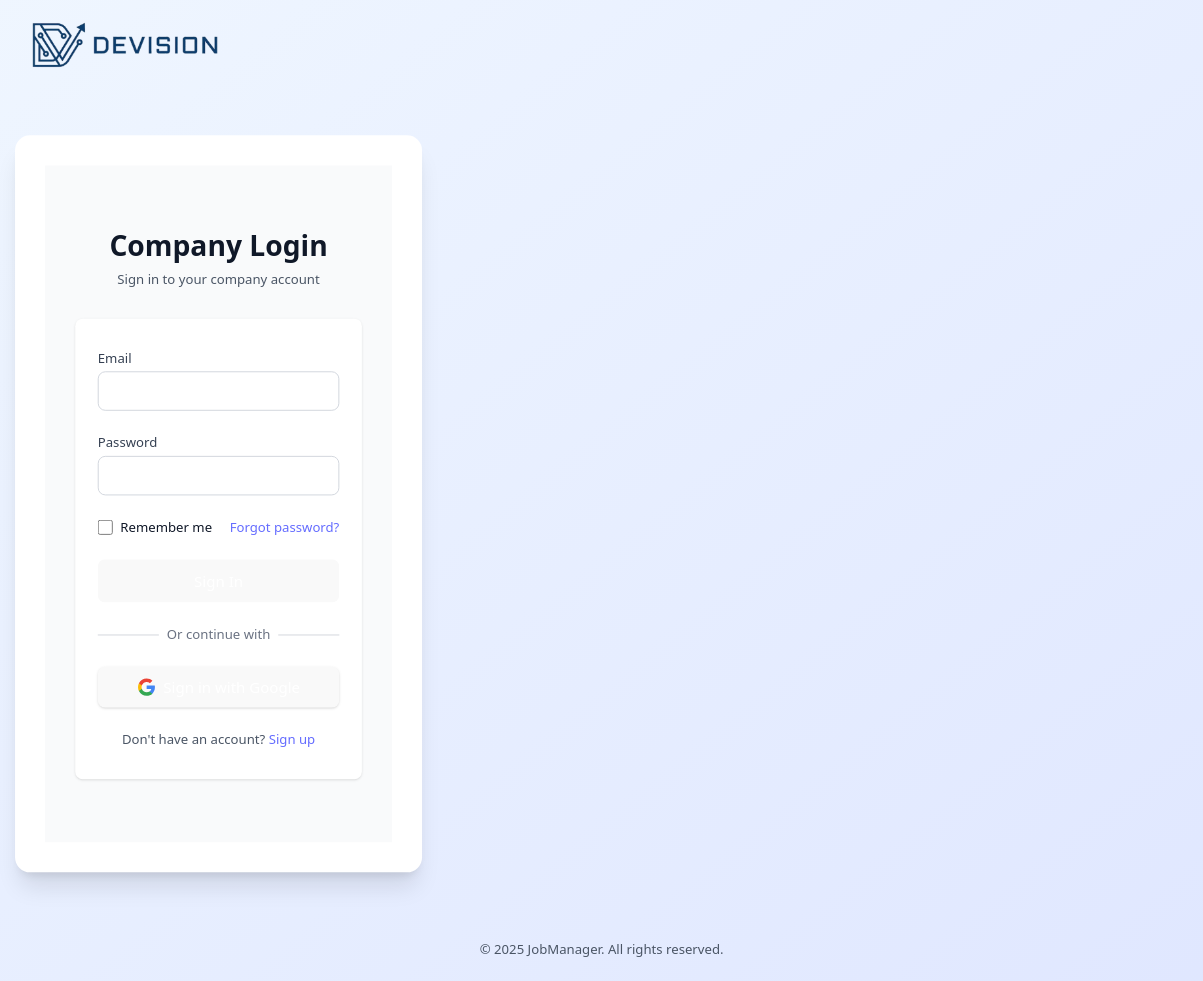
Repository: ISYS3461-2025C-Mulan-DEVision/JobManager_FE
Page: /login
These files come from the project's save history. The page is drawn as it stood at one moment and after a run of saves; the edit follows.
The browser window is 1280 px wide. The pictures show the whole page, at 94% of full size.
The project was rebuilt for these pictures with package versions that can differ from the ones it lists, and the page was loaded fresh each time. Also part of the build but not shown: vite.config.js, src/pages/Home.tsx, src/components/headless/Table/Table.tsx, src/components/headless/Modal/Modal.tsx, src/components/ui/Card/Card.tsx, src/components/ui/Spinner/Spinner.tsx, src/components/ui/Alert/Alert.tsx.

Above is the page before, as saved 2025-12-12 12:07:05.

After the next 2 saves:
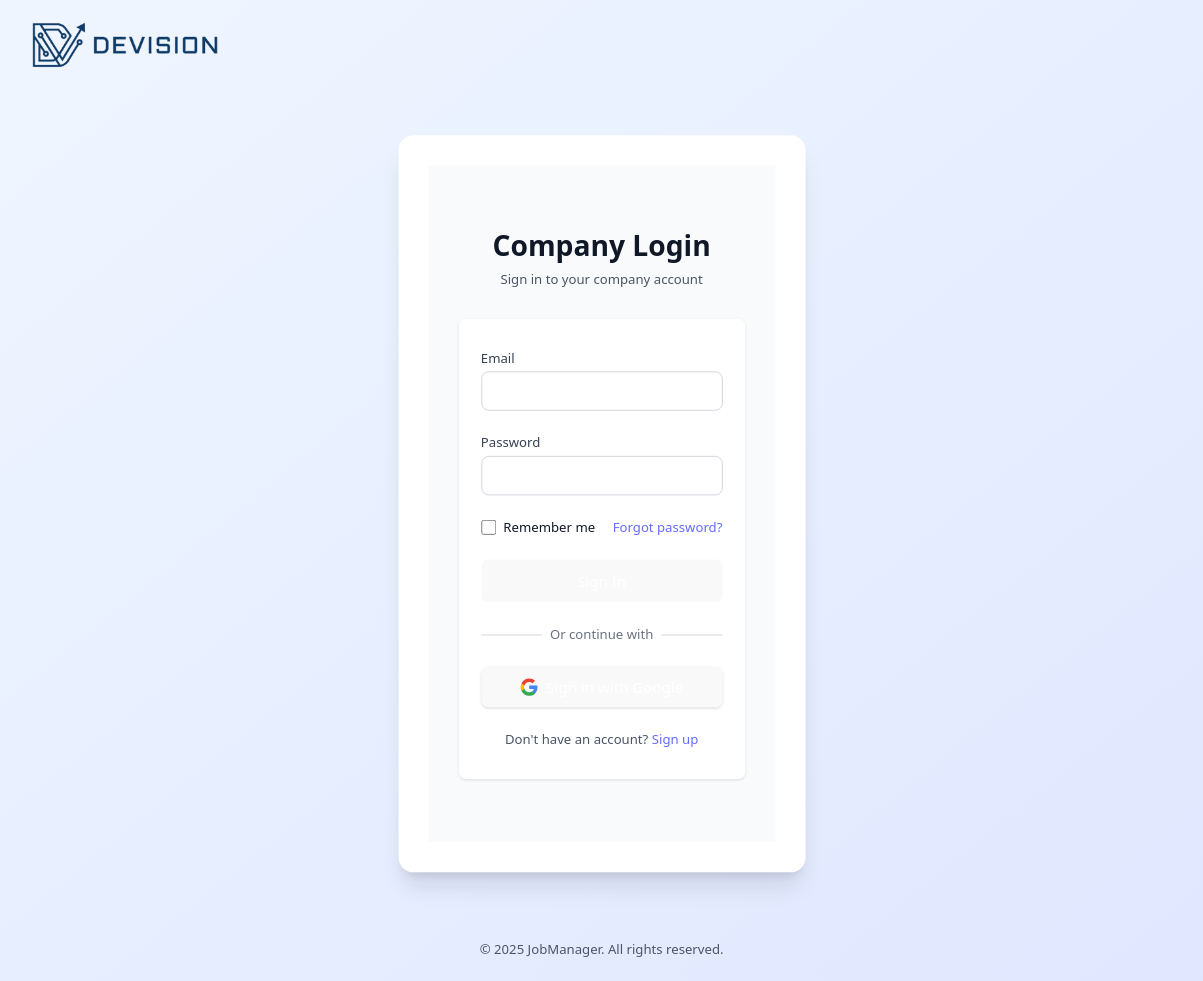
The 2 saves are shown as one change because 1 did not build or start.
The last was saved 3 min 33 s later.
--- a/src/layout/AuthLayout.tsx
+++ b/src/layout/AuthLayout.tsx
@@ -19,7 +19,7 @@
             </header>
 
             {/* Centered Content Panel */}
-            <main className="flex-1 flex flex-row px-4 py-12">
+            <main className="flex-1 flex items-center justify-center px-4 py-12">
                 {/* <div className="flex-1 flex items-center justify-center">
                     <img src="/auth/background-login-left.png" alt="Left background" className="h-150 w-150 object-contain" />
                 </div> */}
@@ -44,7 +44,7 @@
                     </p>
                 </div>
             </footer>
-        </div>
+        </div >
     );
 };
 
